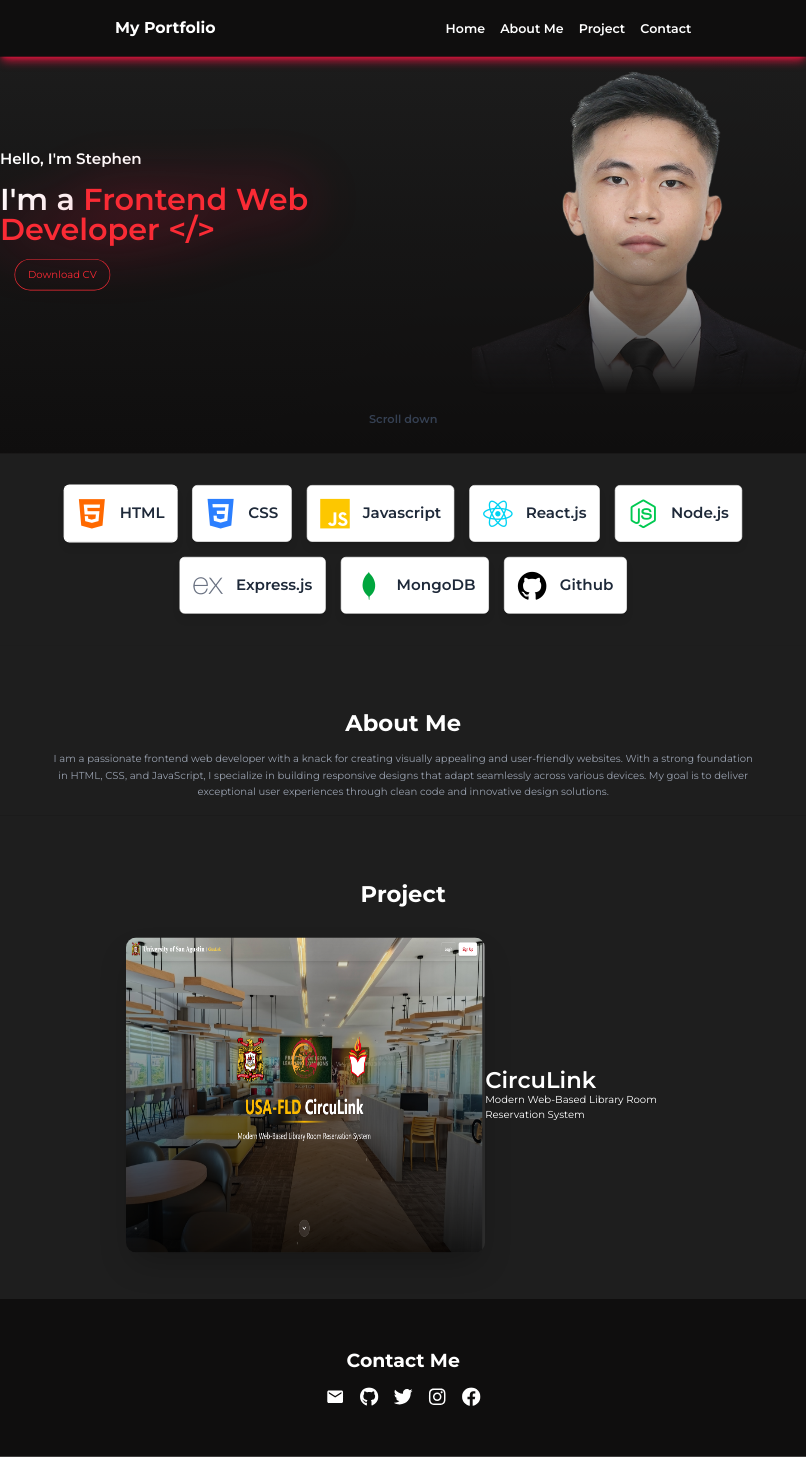
Repository: KaguyaKawaii/portfolio
Page: / (app in frontend/)
These files come from the project's save history. The page is drawn as it stood at one moment and after the next save; the edit follows.
The browser window is 1280 px wide. The pictures show the whole page, at 63% of full size.
Some web libraries are served in a nearby version. The project was rebuilt for these pictures with package versions that can differ from the ones it lists, and the page was loaded fresh each time. Also part of the build but not shown: frontend/vite.config.js.

Above is the page before, as saved 2025-10-28 23:50:50.

### frontend/src/main.jsx
import { StrictMode } from 'react'
import { createRoot } from 'react-dom/client'
import './index.css'
import App from './App.jsx'
import "devicon/devicon.min.css";



createRoot(document.getElementById('root')).render(
  <StrictMode>
    <App />
  </StrictMode>,
)

### frontend/src/index.css
/* ✅ 1️⃣ Google Fonts first */
@import url('https://fonts.googleapis.com/css2?family=Montserrat:wght@400;500;600;700&display=swap');

/* ✅ 2️⃣ Then Tailwind (only once) */
@import "tailwindcss";

/* ✅ 3️⃣ Optional: your own CSS rules */
body {
  font-family: 'Montserrat', sans-serif;
}

html {
  scroll-behavior: smooth;
}

### frontend/src/App.jsx
import { useState } from 'react'
import pic from './assets/image.png'
import project from './assets/project.png'
import project2 from './assets/project2.png'
import { FaGithub, FaTwitter, FaInstagram, FaFacebook } from "react-icons/fa";
import { MdEmail } from "react-icons/md";


function App() {

  return (
    <>
      <header className='bg-[#0F0E0E] h-[90px] w-full shadow-lg shadow-[#dc143c] fixed top-0 z-50'>
        <div className='flex justify-around items-center h-full text-white'>
          <h1 className='font-bold font-montserrat text-[25px]'>My Portfolio</h1>

          <div className='flex font-montserrat gap-6 font-semibold text-[20px]'>

            <button
              onClick={() => {
                document.getElementById("home").scrollIntoView();
              }}
              className="hover:text-red-500 duration-300 cursor-pointer"
            >

            <p className=''>Home</p>
            </button>

            <button
              onClick={() => {
                document.getElementById("about").scrollIntoView();
              }}
              className="hover:text-red-500 duration-300 cursor-pointer"
            >

            <p>About Me</p>
            </button>

            <button
              onClick={() => {
                document.getElementById("project").scrollIntoView();
              }}
              className="hover:text-red-500 duration-300 cursor-pointer"
            >

            <p>Project</p>
            </button>

            <p>Contact</p>
          </div>
        </div>
      </header>

      <body className='bg-linear-180 from-[#1E1E1E] to-[#0F0E0E] h-screen text-white'>
        <div id='home' className='flex justify-around items-center h-screen'>
          <div>
            <div className='text-2xl'>
              <h1 className='font-semibold'>Hello, I'm Stephen</h1>

            </div>
            <div className='mt-6 animate-fade-in'>
              <p className='font-semibold text-5xl'>I'm a  <span className="drop-shadow-[0_0_50px_#dc143c] text-red-500 animate-pulse">Frontend Web Developer &lt;/&gt;</span></p>

              <div className='m-6'>

                  <p className='ring-1 ring-red-500 text-red-500 rounded-3xl w-[150px] p-3 text-center hover:text-gray-800 hover:bg-white hover:ring-gray-800 transition-all duration-300 cursor-pointer'>Download CV</p>

              </div>

            </div>
          </div>

          <div className=''>
          <img
            src={pic}
            alt="profile"
            className="w-full h-full object-cover rounded-4xl"
            style={{
              maskImage: "linear-gradient(to bottom, black 50%, transparent 100%)",
              WebkitMaskImage: "linear-gradient(to bottom, black 50%, transparent 100%)",
            }}
          />
          </div>
        </div>

        <div className='flex justify-center items-center text-gray-700 text-lg font-montserrat font-semibold animate-pulse absolute bottom-10 w-full'>
          Scroll down
        </div>

          {/* Body 2 */}
          <div className='h-full w-full pt-20 pb-20 bg-[#1E1E1E] '>

            <div className='flex gap-6 justify-center items-center h-[20vh] font-semibold text-3xl text-white'>
              <div className="flex flex-wrap gap-6 justify-center">

                <div className="flex flex-wrap gap-6 justify-center text-white">
                  {/* HTML5 */}
                  <div className="flex items-center hover:scale-110 transition-all ring-1 hover:ring-red-100 rounded-lg p-5 gap-5 bg-white shadow-lg hover:shadow-red-500 duration-500">
                    <i className="devicon-html5-plain text-orange-500 text-5xl"></i>
                    <p className='text-2xl text-gray-800 font-semibold'>HTML</p>
                  </div>

                  {/* CSS3 */}
                  <div className="flex items-center hover:scale-110 transition-transform border rounded-lg p-5 gap-5 bg-white shadow-lg hover:shadow-red-500 duration-500">
                    <i className="devicon-css3-plain text-blue-500 text-5xl"></i>
                    <p className='text-2xl text-gray-800 font-semibold'>CSS</p>
                  </div>

                  {/* JavaScript */}
                  <div className="flex items-center hover:scale-110 transition-transform border rounded-lg p-5 gap-5 bg-white shadow-lg hover:shadow-red-500 duration-500">
                    <i className="devicon-javascript-plain text-yellow-400 text-5xl"></i>
                    <p className='text-2xl text-gray-800 font-semibold'>Javascript</p>
                  </div>

                  {/* React.js */}
                  <div className="flex items-center hover:scale-110 transition-transform border rounded-lg p-5 gap-5 bg-white shadow-lg hover:shadow-red-500 duration-500">
                    <i className="devicon-react-original text-cyan-400 text-5xl"></i>
                    <p className='text-2xl text-gray-800 font-semibold'>React.js</p>
                  </div>



                  {/* Node.js */}
                  <div className="flex items-center hover:scale-110 transition-transform border rounded-lg p-5 gap-5 bg-white shadow-lg hover:shadow-red-500 duration-500">
                    <i className="devicon-nodejs-plain text-green-500 text-5xl"></i>
                    <p className='text-2xl text-gray-800 font-semibold'>Node.js</p>
                  </div>

                  {/* Express.js */}
                  <div className="flex items-center hover:scale-110 transition-transform border rounded-lg p-5 gap-5 bg-white shadow-lg hover:shadow-red-500 duration-500">
                    <i className="devicon-express-original text-gray-500 text-5xl"></i>
                    <p className='text-2xl text-gray-800 font-semibold'>Express.js</p>
                  </div>

                  {/* MongoDB */}
                  <div className="flex items-center hover:scale-110 transition-transform border rounded-lg p-5 gap-5 bg-white shadow-lg hover:shadow-red-500 duration-500">
                    <i className="devicon-mongodb-plain text-green-600 text-5xl"></i>
                    <p className='text-2xl text-gray-800 font-semibold'>MongoDB</p>
                  </div>

                  {/* GitHub */}
                  <div className="flex items-center hover:scale-110 transition-transform border rounded-lg p-5 gap-5 bg-white shadow-lg hover:shadow-red-500 duration-500">
                    <i className="devicon-github-original text-black text-5xl"></i>
                    <p className='text-2xl text-gray-800 font-semibold'>Github</p>

                  </div>
                </div>

              </div>

            </div>



          </div>

          <div id='about' className='h-full pt-6 pb-6 bg-[#1E1E1E]'>
              <h1 className='text-white font-montserrat text-4xl font-bold text-center pt-20'>About Me</h1>
              <p className='text-gray-400 font-montserrat text-center mt-6 mx-20 leading-relaxed'>
                I am a passionate frontend web developer with a knack for creating visually appealing and user-friendly websites. With a strong foundation in HTML, CSS, and JavaScript, I specialize in building responsive designs that adapt seamlessly across various devices. My goal is to deliver exceptional user experiences through clean code and innovative design solutions.
              </p>

          </div>

          <div id='project' className='h-full pt-6 pb-6 bg-[#1E1E1E]'>

            <h1 className='text-white font-montserrat text-4xl font-bold text-center pt-20'>Project</h1>

              <div className='flex flex-col'>
                <div className='flex items-center justify-between mx-50  h-[600px]'>

                  <div>
                    <a href="https://circulink-beta-testing.vercel.app/" target="_blank" rel="">
                    <img src={project}
                    className='rounded-2xl shadow-2xl hover:shadow-red-800 transition-all duration-500 hover:scale-110 w-[800px] h-[500px]'
                    alt="" />
                    </a>
                  </div>

                  <div className=''>
                    <h1 className='text-4xl font-semibold' >CircuLink</h1>
                    <p>Modern Web-Based Library Room Reservation System</p>
                  </div>

                </div>

                {/* <div className='flex items-center justify-between mx-50  h-[600px]'>
                   <div className='text-left'>
                    <h1 className='text-4xl font-semibold' >DeliverDash</h1>
                    <p>Fast and Reliable Delivery Services</p>
                  </div>

                  <div>
                    <img src={project2}
                    className='rounded-2xl  shadow-2xl hover:shadow-red-800 transition-all duration-500 hover:scale-110 w-[800px] h-[500px]'
                    alt="" />
                  </div>



                </div> */}


              </div>


          </div>

          <div id="contact" className="py-20 bg-[#0F0E0E] text-white text-center">
            <h2 className="text-3xl font-bold mb-6">Contact Me</h2>


            <div className="flex justify-center gap-6 text-3xl mt-6">
              {/* Email */}
              <a
                href="mailto:stephenmadero.dev@gmail.com"
                className="hover:text-[#dc143c] transition"
              >
                <MdEmail />
              </a>

              {/* GitHub */}
              <a
                href="https://github.com/stephenmadero"
                target="_blank"
                rel="noopener noreferrer"
                className="hover:text-[#dc143c] transition"
              >
                <FaGithub />
              </a>

              {/* Twitter */}
              <a
                href="https://twitter.com/stephenmadero"
                target="_blank"
                rel="noopener noreferrer"
                className="hover:text-[#dc143c] transition"
              >
                <FaTwitter />
              </a>

              {/* Instagram */}
              <a
                href="https://instagram.com/stephenmadero"
                target="_blank"
                rel="noopener noreferrer"
                className="hover:text-[#dc143c] transition"
              >
                <FaInstagram />
              </a>

              {/* Facebook */}
              <a
                href="https://facebook.com/stephenmadero"
                target="_blank"
                rel="noopener noreferrer"
                className="hover:text-[#dc143c] transition"
              >
                <FaFacebook />
              </a>
            </div>
          </div>

      </body>




    </>
  )
}

export default App

Loaded but not shown: frontend/index.html (common file)

After the next save:
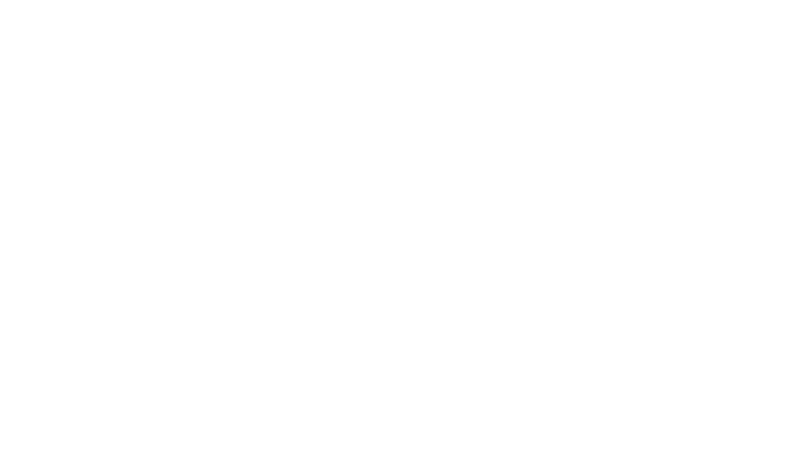
Console error: ReferenceError: FaTwitter is not defined
Saved 52 s later.
--- a/frontend/src/App.jsx
+++ b/frontend/src/App.jsx
@@ -2,7 +2,8 @@
 import pic from './assets/image.png'
 import project from './assets/project.png'
 import project2 from './assets/project2.png'
-import { FaGithub, FaTwitter, FaInstagram, FaFacebook } from "react-icons/fa";
+import { FaGithub, FaInstagram, FaFacebook } from "react-icons/fa";
+import { FaXTwitter } from "react-icons/fa6";
 import { MdEmail } from "react-icons/md";
 
 

After the save that followed:
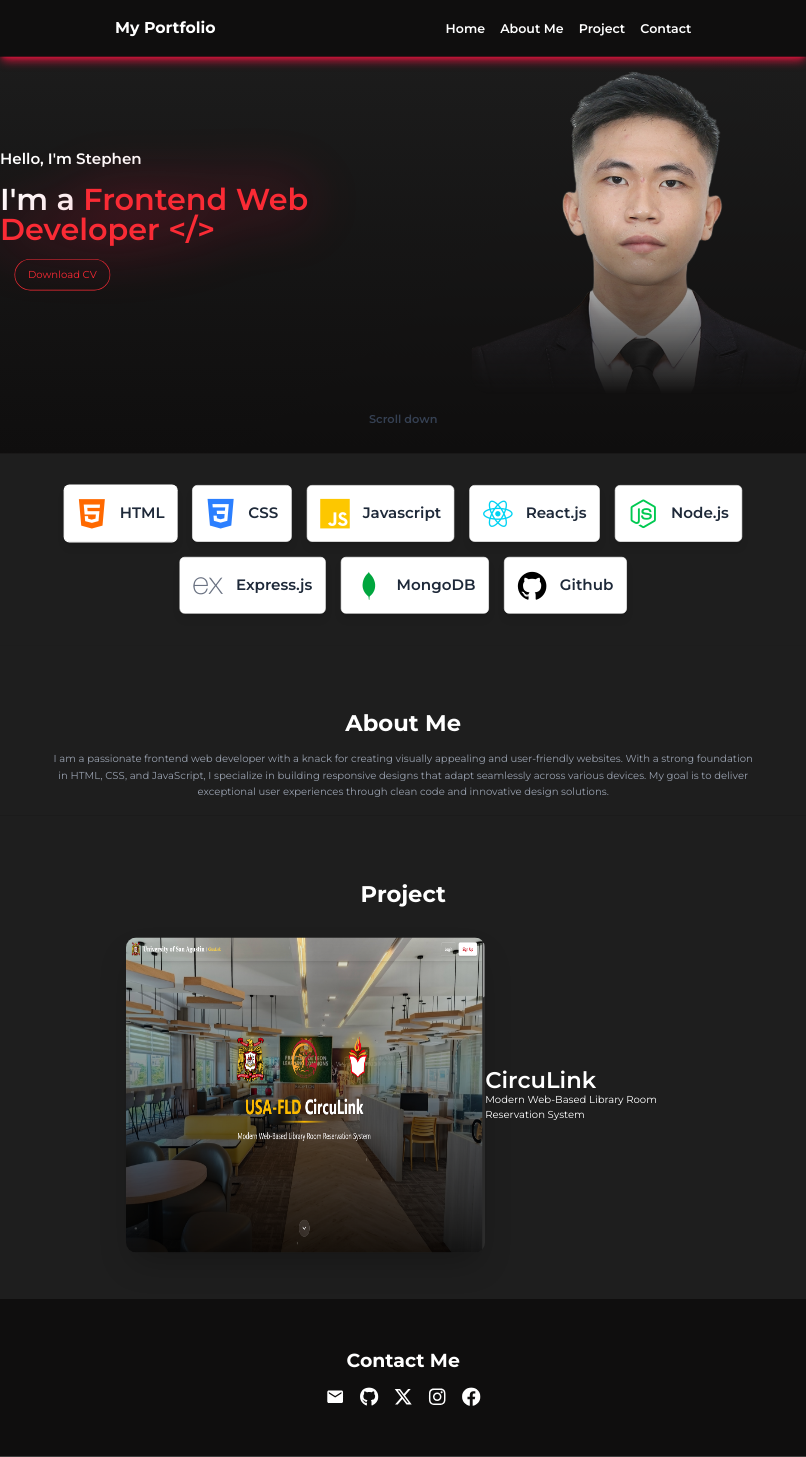
The error is gone.
Saved 4 s later.
--- a/frontend/src/App.jsx
+++ b/frontend/src/App.jsx
@@ -237,7 +237,7 @@
                 rel="noopener noreferrer"
                 className="hover:text-[#dc143c] transition"
               >
-                <FaTwitter />
+                <FaXTwitter />
               </a>
 
               {/* Instagram */}
